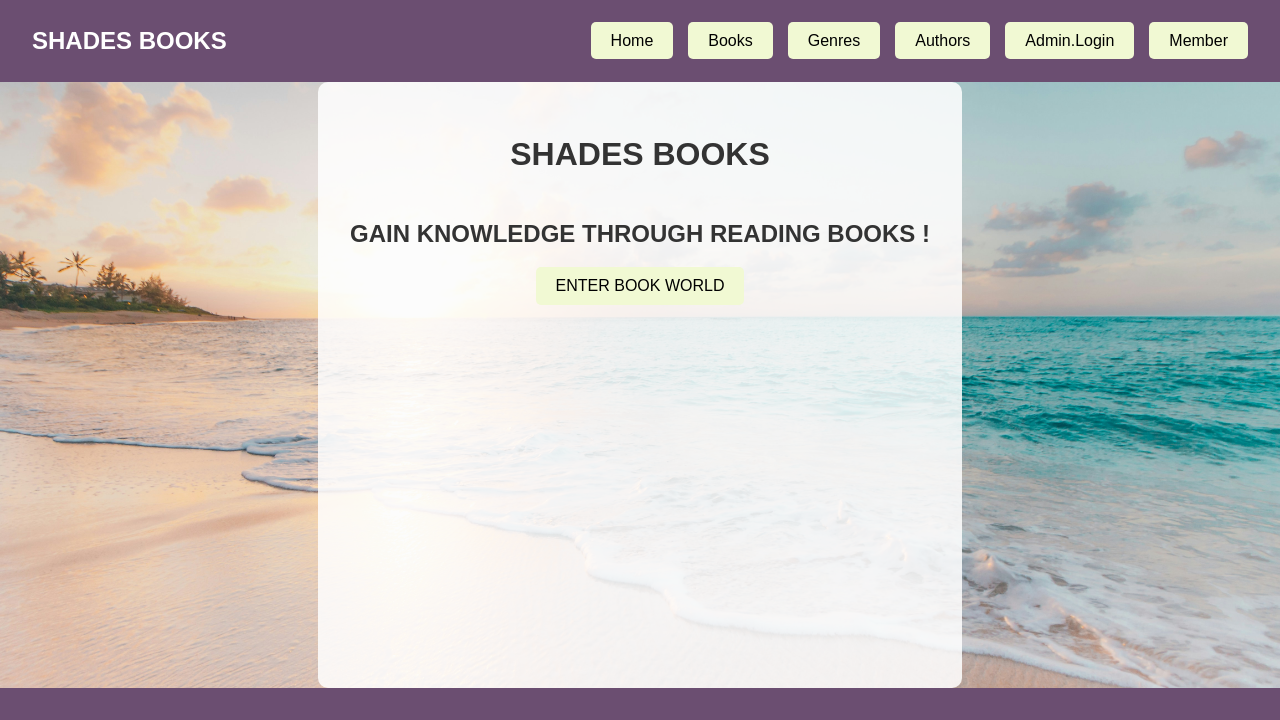
Repository: Harishsuresh-kumar/Library-Web
Page: WORK SITE/User.html
The author's editor kept a copy of each file at every save. The page is drawn from the files as they stood at one save, then again after the next save.
The browser window is 1280 px wide. The pictures show the whole page.

Above is the page before, as saved 2024-11-07 14:08:30.

### WORK SITE/User.html
<!DOCTYPE html>
<html lang="en">
<head>
    <meta charset="UTF-8">
    <meta name="viewport" content="width=device-width, initial-scale=1.0">
    <title>Online Library Management System</title>
    <link rel="stylesheet" href="user.css">
</head>
<body>
    <div class="wrapper">
        <header>
            <div class="logo">
                <h2>SHADES BOOKS</h2>
            </div>
            <nav>
                <ul>
                    <li><a href="User.html" class="button">Home</a></li>
                    <li><a href="Book.html" class="button">Books</a></li>
                    <li><a href="genre.html" class="button">Genres</a></li>
                    <li><a href="Authors.html" class="button">Authors</a></li>
                    <li><a href="admin pass.html" class="button"> Admin.Login</a></li>
                    <li><a href="Membership.html" class="button">Member</a></li>
                </ul>
            </nav>
        </header>

        <section class="feature-section">
            <div class="overlay">
                <h1>SHADES BOOKS</h1>

                <div class="carousel">
                    <div class="carousel-item">
                        <!-- Add carousel images here -->
                    </div>
                </div>
                <h2>GAIN KNOWLEDGE THROUGH READING BOOKS !</h2>
                <button type="button" onclick="book()">ENTER BOOK WORLD</button>
                <script>
                    function book(){
                        window.location.href="Book.html";
                    }
                </script>

            </div>
        </section>

        <footer>

        </footer>
    </div>
</body>
</html>

### WORK SITE/user.css
/* Basic styles for the body and html */
body, html {
    margin: 0;
    padding: 0;
    font-family: 'Arial', sans-serif;
    background-image: url('Admin\ image.jpg');
    color: #333;
    height: 100%;
    background-size: cover;
    background-repeat: no-repeat;
    background-position: center;
}

.wrapper {
    display: flex;
    flex-direction: column;
    min-height: 100vh;
}

header {
    background-color: #6B4E71; /* Soft Purple for the header */
    color: #fff;
    padding: 1rem 2rem;
    display: flex;
    align-items: center;
    justify-content: space-between;
}

.logo {
    display: flex;
    align-items: center;
}

.logo img {
    height: 50px;
    width: 50px;
    margin-right: 10px;
    border-radius: 50%;
}

header h2 {
    font-size: 24px;
    margin: 0;
}

nav ul {
    list-style: none;
    display: flex;
    gap: 15px;
}

nav ul li a {
    color: #fff;
    text-decoration: none;
    padding: 5px 10px;
    border-radius: 5px;
    transition: background 0.3s;
}

nav ul li a:hover {
    background-color: #967BB6; /* Light Purple on hover */
}

.feature-section {
    padding: 4rem 2rem;
    text-align: center;
    flex: 1;
    background: rgba(255, 255, 255, 0.85); /* Light overlay */
    border-radius: 10px;
    max-width: 800px;
    margin: 0 auto;
}

.carousel {
    display: flex;
    justify-content: center;
    gap: 15px;
    margin: 20px 0;
}

.carousel-item img {
    width: 150px;
    height: 200px;
    object-fit: cover;
    border-radius: 8px;
    box-shadow: 0 4px 8px rgba(0, 0, 0, 0.1);
}

button, .button {
    background-color: #f1f9d3; /* Soft Purple */
    color: #000;
    padding: 10px 20px;
    border: none;
    border-radius: 5px;
    font-size: 16px;
    cursor: pointer;
    transition: background 0.3s;
}

button:hover, .button:hover {
    background-color: #967BB6; /* Light Purple on hover */
}

footer {
    background-color: #6B4E71; /* Soft Purple */
    color: #fff;
    text-align: center;
    padding: 1rem;
}

footer ul {
    list-style: none;
    display: flex;
    gap: 15px;
    padding: 0;
    margin: 0;
    justify-content: center;
}

footer ul li a {
    color: #fff;
    text-decoration: none;
    transition: color 0.3s;
}

footer ul li a:hover {
    color: #D1C4E9; /* Light Lavender */
}

h1 {
    color: #333;
    font-size: 2rem;
    margin-top: -10px;
}

h5 {
    color: #6B4E71;
    font-size: 1.2rem;
    margin-top: 10px;
}

After the next save:
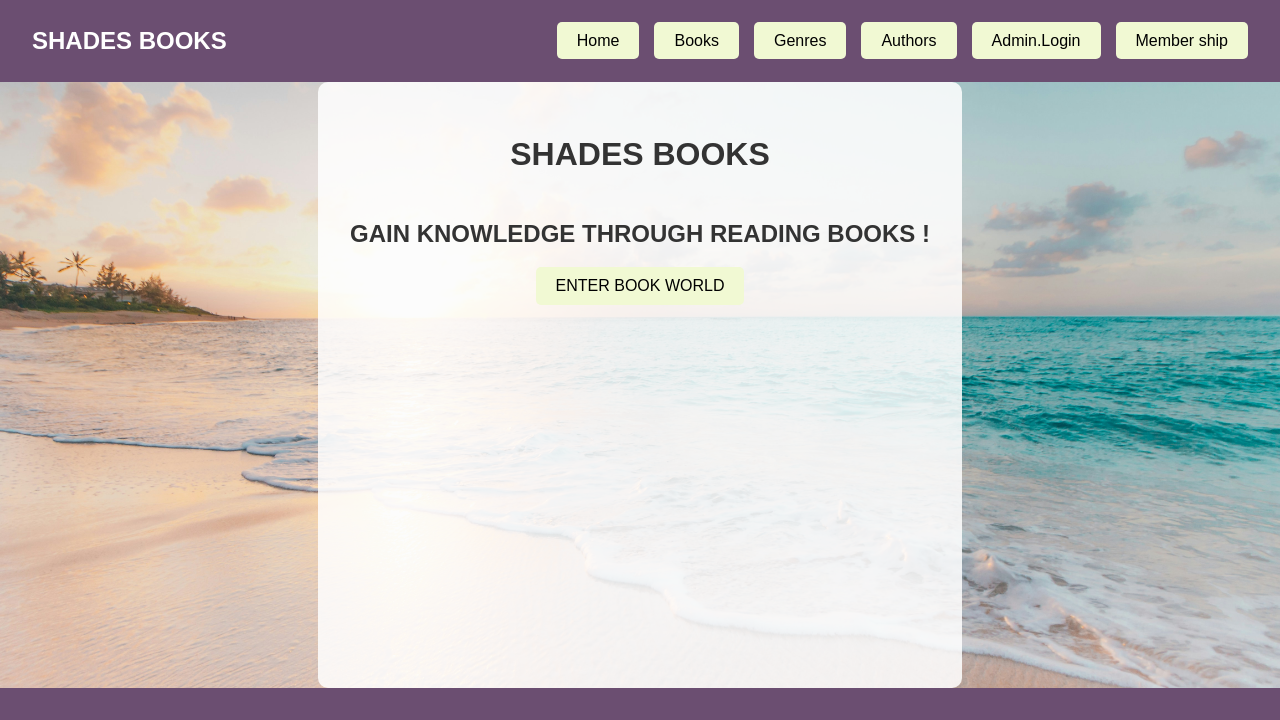
Saved 6 s later.
--- a/WORK SITE/User.html
+++ b/WORK SITE/User.html
@@ -19,7 +19,7 @@
                     <li><a href="genre.html" class="button">Genres</a></li>
                     <li><a href="Authors.html" class="button">Authors</a></li>
                     <li><a href="admin pass.html" class="button"> Admin.Login</a></li>
-                    <li><a href="Membership.html" class="button">Member</a></li>
+                    <li><a href="Membership.html" class="button">Member ship</a></li>
                 </ul>
             </nav>
         </header>
